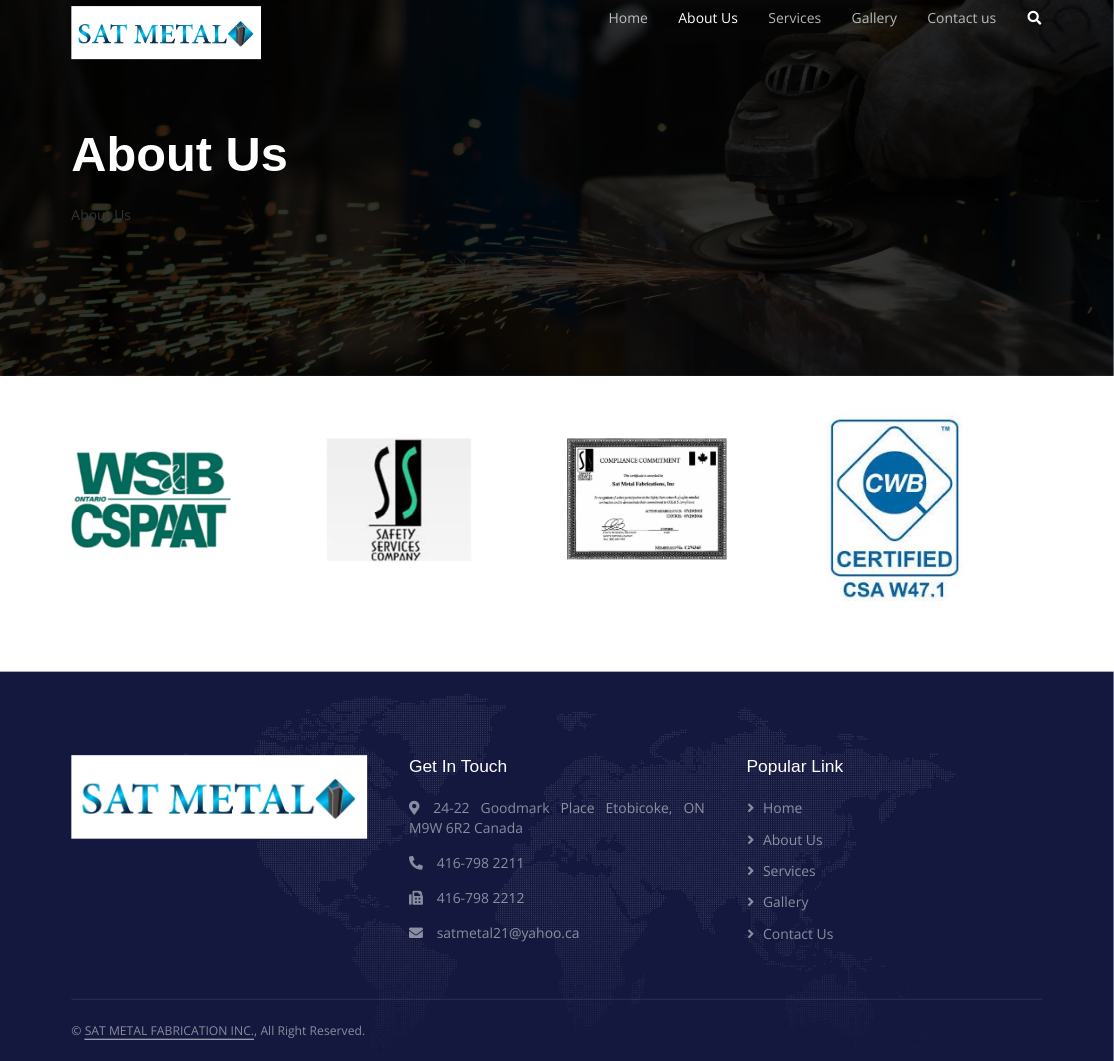
Repository: dzyte-services/satmetal
Page: http://localhost/about.php
These files come from the project's save history. The page is drawn as it stood at one moment and after a run of saves; the edit follows.
The browser window is 1280 px wide. The pictures show the whole page, at 87% of full size.
Some web fonts or font styles are not loaded; a fallback is used. Some web libraries are served in a nearby version. The page is run by PHP 8.4 with error messages shown; the project is at /var/www/html/.

Above is the page before, as saved 2023-11-09 15:15:31.

### about.php
<!DOCTYPE html>
<html lang="en">

<head>
    <meta charset="utf-8">
    <title>SAT - About</title>
    <meta content="width=device-width, initial-scale=1.0" name="viewport">
    <meta content="" name="keywords">
    <meta content="" name="description">

    <!-- Favicon -->
    <link href="img/favicon.ico" rel="icon">

    <!-- Google Web Fonts -->
    <link rel="preconnect" href="https://fonts.googleapis.com">
    <link rel="preconnect" href="https://fonts.gstatic.com" crossorigin>
    <link href="https://fonts.googleapis.com/css2?family=Open+Sans:wght@400;600&family=Ubuntu:wght@500;700&display=swap"
        rel="stylesheet">

    <!-- Icon Font Stylesheet -->
    <link href="https://cdnjs.cloudflare.com/ajax/libs/font-awesome/5.10.0/css/all.min.css" rel="stylesheet">
    <link href="https://cdn.jsdelivr.net/npm/bootstrap-icons@1.4.1/font/bootstrap-icons.css" rel="stylesheet">

    <!-- Libraries Stylesheet -->
    <link href="lib/animate/animate.min.css" rel="stylesheet">
    <link href="lib/owlcarousel/assets/owl.carousel.min.css" rel="stylesheet">

    <!-- Customized Bootstrap Stylesheet -->
    <link href="css/bootstrap.min.css" rel="stylesheet">

    <!-- Template Stylesheet -->
    <link href="css/style.css" rel="stylesheet">
</head>

<body>
    <!-- Spinner Start -->
    <!-- <div id="spinner"
        class="show bg-white position-fixed translate-middle w-100 vh-100 top-50 start-50 d-flex align-items-center justify-content-center">
        <div class="spinner-grow text-primary" style="width: 3rem; height: 3rem;" role="status">
            <span class="sr-only">Loading...</span>
        </div>
    </div> -->
    <!-- Spinner End -->


    <!-- Navbar Start -->
    <?php
        include "header.php";
    ?>
    <!-- Navbar End -->





    <!-- Full Screen Search Start -->
    <div class="modal fade" id="searchModal" tabindex="-1">
        <div class="modal-dialog modal-fullscreen">
            <div class="modal-content" style="background: rgba(20, 24, 62, 0.7);">
                <div class="modal-header border-0">
                    <button type="button" class="btn btn-square bg-white btn-close" data-bs-dismiss="modal"
                        aria-label="Close"></button>
                </div>
                <div class="modal-body d-flex align-items-center justify-content-center">
                    <div class="input-group" style="max-width: 600px;">
                        <input type="text" class="form-control bg-transparent border-light p-3"
                            placeholder="Type search keyword">
                        <button class="btn btn-light px-4"><i class="bi bi-search"></i></button>
                    </div>
                </div>
            </div>
        </div>
    </div>
    <!-- Full Screen Search End -->


    <!-- About Start -->
    <!-- Modal gallery -->
    <!-- Section: Images -->
    <div class="container-fluid py-5">
        <div class="container">
        <div class="row mt-4">
    <div class="col-lg-3 col-md-4 col-sm-6 mb-4">
        <div class="bg-image hover-overlay ripple shadow-1-strong rounded" data-ripple-color="light">
            <img src="img/img2.png" class="" style="width: 70%;" />
            <a href="#!" data-mdb-toggle="modal" data-mdb-target="#exampleModal2">
                <div class="mask" style="background-color: rgba(251, 251, 251, 0.2);"></div>
            </a>
        </div>
    </div>

    <div class="col-lg-3 col-md-4 col-sm-6 mb-4">
        <div class="bg-image hover-overlay ripple shadow-1-strong rounded" data-ripple-color="light">
            <img src="img/img3.png" class="" style="width: 70%;" />
            <a href="#!" data-mdb-toggle="modal" data-mdb-target="#exampleModal2">
                <div class="mask" style="background-color: rgba(251, 251, 251, 0.2);"></div>
            </a>
        </div>
    </div>

    <div class="col-lg-3 col-md-4 col-sm-6 mb-4">
        <div class="bg-image hover-overlay ripple shadow-1-strong rounded" data-ripple-color="light">
            <img src="img/img1.png" class="" style="width: 70%;" />
            <a href="#!" data-mdb-toggle="modal" data-mdb-target="#exampleModal2">
                <div class="mask" style="background-color: rgba(251, 251, 251, 0.2);"></div>
            </a>
        </div>
    </div>

    <div class="col-lg-3 col-md-4 col-sm-6 mb-4">
        <div class="bg-image hover-overlay ripple shadow-1-strong rounded" data-ripple-color="light">
            <img src="img/img4.jpeg" class="" style="width: 70%; margin-top: -35px;" />
            <a href="#!" data-mdb-toggle="modal" data-mdb-target="#exampleModal2">
                <div class="mask" style="background-color: rgba(251, 251, 251, 0.2);"></div>
            </a>
        </div>
    </div>
</div>


        </div>
    </div>


    <!-- Footer Start -->
    <?php
        include "footer.php";
    ?>
    <!-- Footer End -->


    <!-- Back to Top -->
    <a href="#" class="btn btn-lg btn-primary btn-lg-square back-to-top pt-2"><i class="bi bi-arrow-up"></i></a>


    <!-- JavaScript Libraries -->
    <script src="https://ajax.googleapis.com/ajax/libs/jquery/3.6.1/jquery.min.js"></script>
    <script src="https://cdn.jsdelivr.net/npm/bootstrap@5.0.0/dist/js/bootstrap.bundle.min.js"></script>
    <script src="lib/wow/wow.min.js"></script>
    <script src="lib/easing/easing.min.js"></script>
    <script src="lib/waypoints/waypoints.min.js"></script>
    <script src="lib/counterup/counterup.min.js"></script>
    <script src="lib/owlcarousel/owl.carousel.min.js"></script>

    <!-- Template Javascript -->
    <script src="js/main.js"></script>
</body>

</html>

### header.php
    <?php
        $currentPage1 = basename($_SERVER['PHP_SELF']);
    ?>
    <!-- Spinner Start -->
    <div id="spinner"
        class="show bg-white position-fixed translate-middle w-100 vh-100 top-50 start-50 d-flex align-items-center justify-content-center">
        <div class="spinner-grow text-primary" style="width: 3rem; height: 3rem;" role="status">
            <span class="sr-only">Loading...</span>
        </div>
    </div>
    <!-- Spinner End -->


    <!-- Navbar Start -->
    <div class="container-fluid sticky-top">
        <div class="container">
            <nav class="navbar navbar-expand-lg navbar-dark p-0">
                <div class="row">
                    <div class="col-lg-6">
                        <a href="index.php" class="navbar-brand">
                            <img class="img-fluid" width="40%" height="40%" src="img/logo2.jpeg" alt="">
                        </a>
                        <button type="button" class="navbar-toggler ms-auto me-0" data-bs-toggle="collapse"
                            data-bs-target="#navbarCollapse">
                            <span class="navbar-toggler-icon"></span>
                        </button>
                    </div>
                    <div class="col-lg-6 ">
                    <div class="collapse navbar-collapse" id="navbarCollapse">
                    <div class="navbar-nav ms-auto">
                        <a href="index.php" class="nav-item nav-link  <?php echo ($currentPage1 === 'index.php') ? 'active' : ''; ?>">Home</a>
                        <a href="about.php" class="nav-item nav-link <?php echo ($currentPage1 === 'about.php') ? 'active' : ''; ?>">About Us</a>
                        <a href="service.php" class="nav-item nav-link <?php echo ($currentPage1 === 'service.php') ? 'active' : ''; ?>">Services</a>
                        <a href="project.php" class="nav-item nav-link <?php echo ($currentPage1 === 'project.php') ? 'active' : ''; ?>">Gallery</a>

                        <a href="contact.php" class="nav-item nav-link <?php echo ($currentPage1 === 'contact.php') ? 'active' : ''; ?>">Contact us</a>
                    </div>
                    <butaton type="button" class="btn text-white p-0 d-none d-lg-block" data-bs-toggle="modal"
                        data-bs-target="#searchModal"><i class="fa fa-search"></i></butaton>
                </div>
                    </div>
                </div>


            </nav>
        </div>
    </div>
    <!-- Navbar End -->

    <div>
          <?php
                $currentPage = $_SERVER['SCRIPT_NAME'];
                $current_page = basename($currentPage);

                if ($current_page === "index.php") {
                    include("header/home.php");
                } elseif ($current_page === "about.php") {
                    include("header/about.php");
                } elseif ($current_page === "service.php") {
                    include("header/service.php");
                } elseif ($current_page === "project.php") {
                    include("header/gallery.php");
                } elseif ($current_page === "contact.php") {
                    include("header/contact.php");
                }



            ?>
    </div>

### header/about.php
<!-- Hero Start -->
<div class="container-fluid pt-5 bg-primary hero-header">
        <div class="container pt-5">
            <div class="row g-5 pt-5">
                <div class="col-lg-6 align-self-center text-center text-lg-start mb-lg-5">
                    <h1 class="display-4 text-white mb-4 animated slideInRight">About Us</h1>
                    <nav aria-label="breadcrumb">
                        <ol class="breadcrumb justify-content-center justify-content-lg-start mb-0">
                            <!-- <li class="breadcrumb-item"><a class="text-white" href="#">Home</a></li> -->
                            <!-- <li class="breadcrumb-item"><a class="text-white" href="#">Pages</a></li> -->
                            <li class="breadcrumb-item text-white active" aria-current="page">About Us</li>
                        </ol>
                    </nav>
                </div>
            </div>
        </div>
    </div>
    <!-- Hero End -->

### css/style.css
/********** Template CSS **********/
:root {
    --primary: #1363C6;
    --secondary: #15ACE1;
    --light: #F4F7FE;
    --dark: #14183E;
}


/*** Spinner ***/
#spinner {
    opacity: 0;
    visibility: hidden;
    transition: opacity .5s ease-out, visibility 0s linear .5s;
    z-index: 99999;
}

#spinner.show {
    transition: opacity .5s ease-out, visibility 0s linear 0s;
    visibility: visible;
    opacity: 1;
}

.back-to-top {
    position: fixed;
    display: none;
    right: 45px;
    bottom: 45px;
    z-index: 99;
}


/*** Heading ***/
h1,
h2,
h3,
.fw-bold {
    font-weight: 700 !important;
}

h4,
h5,
h6,
.fw-medium {
    font-weight: 500 !important;
}


/*** Button ***/
.btn {
    font-weight: 500;
    transition: .5s;
}

.btn-square {
    width: 38px;
    height: 38px;
}

.btn-sm-square {
    width: 32px;
    height: 32px;
}

.btn-lg-square {
    width: 48px;
    height: 48px;
}

.btn-square,
.btn-sm-square,
.btn-lg-square {
    padding: 0;
    display: flex;
    align-items: center;
    justify-content: center;
    font-weight: normal;
    border-radius: 50px;
}


/*** Navbar ***/
.sticky-top {
    top: -150px;
    transition: .5s;
}

.navbar {
    padding: 11px 0 !important;
    height: 75px;
}

.navbar .navbar-nav .nav-link {
    margin-right: 35px;
    padding: 0;
    color: rgba(255, 255, 255, .7);
    outline: none;
}

.navbar .navbar-nav .nav-link:hover,
.navbar .navbar-nav .nav-link.active {
    color: rgba(255, 255, 255, 1);
}

.navbar .dropdown-toggle::after {
    border: none;
    content: "\f107";
    font-family: "Font Awesome 5 Free";
    font-weight: 900;
    vertical-align: middle;
    margin-left: 8px;
}

@media (max-width: 991.98px) {
    .navbar .navbar-nav {
        padding: 0 15px;
        background: var(--primary);
    }

    .navbar .navbar-nav .nav-link  {
        margin-right: 0;
        padding: 10px 0;
    }
}

@media (min-width: 992px) {
    .navbar .nav-item .dropdown-menu {
        display: block;
        border: none;
        margin-top: 0;
        top: 150%;
        opacity: 0;
        visibility: hidden;
        transition: .5s;
    }

    .navbar .nav-item:hover .dropdown-menu {
        top: 100%;
        visibility: visible;
        transition: .5s;
        opacity: 1;
    }
}


/*** Hero Header ***/
.hero-header {
    margin-top: -75px;
    background: url(../img/background.webp) center center no-repeat ;
    background-size: cover;
    width: 100%;
    background-size: cover;
    position: relative;
    min-height: 60vh;
    padding: 160px 0 60px 0;

}
.hero-header::before {
    content: "";
    position: absolute;
    top: 0;
    left: 0;
    width: 100%;
    height: 100%;
    background: rgba(0, 0, 0, 0.8); /* Adjust the opacity as needed (0.5 for 50% opacity) */
}

.hero-header .breadcrumb-item+.breadcrumb-item::before {
    color: var(--light);
}


/*** Section Title ***/
.section-title::before {
    position: absolute;
    content: "";
    width: 45px;
    height: 4px;
    bottom: 0;
    left: 0;
    background: var(--dark);
}

.section-title::after {
    position: absolute;
    content: "";
    width: 4px;
    height: 4px;
    bottom: 0;
    left: 50px;
    background: var(--dark);
}

.section-title.text-center::before {
    left: 50%;
    margin-left: -25px;
}

.section-title.text-center::after {
    left: 50%;
    margin-left: 25px;
}

.section-title h6::before,
.section-title h6::after {
    position: absolute;
    content: "";
    width: 10px;
    height: 10px;
    top: 2px;
    left: 0;
    background: rgba(33, 66, 177, .5);
}

.section-title h6::after {
    top: 5px;
    left: 3px;
}


/*** About ***/
.about-img {
    position: relative;
    overflow: hidden;
}

.about-img::after {
    position: absolute;
    content: "";
    width: 100%;
    height: 100%;
    top: 0;
    left: 0;
    background: url(../img/bg-about-img.png) top left no-repeat;
    background-size: contain;
}


/*** Service ***/
.service-item {
    position: relative;
    padding: 45px 30px;
    background: #FFFFFF;
    transition: .5s;
}

.service-item:hover {
    background: var(--primary);
}

.service-item .service-icon {
    margin: 0 auto 20px auto;
    width: 90px;
    height: 90px;
    color: var(--primary);
    background: var(--light);
    transition: .5s;
}

.service-item:hover .service-icon {
    background: #FFFFFF;
}

.service-item h5,
.service-item p {
    transition: .5s;
}

.service-item:hover h5,
.service-item:hover p {
    color: #FFFFFF;
}

.service-item a.btn {
    position: relative;
    display: flex;
    color: var(--primary);
    transition: .5s;
    z-index: 1;
}

.service-item:hover a.btn {
    color: var(--primary);
}

.service-item a.btn::before {
    position: absolute;
    content: "";
    width: 35px;
    height: 35px;
    top: 0;
    left: 0;
    border-radius: 35px;
    background: var(--light);
    transition: .5s;
    z-index: -1;
}

.service-item:hover a.btn::before {
    width: 100%;
    background: var(--light);
}


/*** Feature ***/
.feature {
    background: url(../img/bg-hero.png) center center no-repeat;
    background-size: cover;
}


/*** Newsletter ***/
.newsletter {
    background: url(../img/bg-hero.png) center center no-repeat;
    background-size: cover;
}

@media (min-width: 992px) {
    .newsletter .container {
        max-width: 100% !important;
    }

    .newsletter .newsletter-text  {
        padding-right: calc(((100% - 960px) / 2) + .75rem);
    }
}

@media (min-width: 1200px) {
    .newsletter .newsletter-text  {
        padding-right: calc(((100% - 1140px) / 2) + .75rem);
    }
}

@media (min-width: 1400px) {
    .newsletter .newsletter-text  {
        padding-right: calc(((100% - 1320px) / 2) + .75rem);
    }
}


/*** Case Study ***/
.case-item img {
    transition: .5s;
}

.case-item:hover img {
    transform: scale(1.2);
}

.case-overlay {
    position: absolute;
    padding: 30px;
    width: 100%;
    height: 100%;
    top: 0;
    left: 0;
    display: flex;
    flex-direction: column;
    align-items: flex-start;
    justify-content: flex-end;
    background: linear-gradient(rgba(20, 24, 62, 0), var(--dark));
    z-index: 1;
}

.case-overlay small {
    display: inline-block;
    padding: 3px 15px;
    color: #FFFFFF;
    background: rgba(20, 24, 62, .7);
    border-radius: 25px;
    margin-bottom: 15px;
}

.case-overlay span.btn:hover {
    color: var(--primary);
    background: #FFFFFF;
    border-color: #FFFFFF;
}


/*** FAQs ***/
.accordion .accordion-item {
    border: none;
    margin-bottom: 15px;
}

.accordion .accordion-button {
    background: var(--light);
    border-radius: 2px;
}

.accordion .accordion-button:not(.collapsed) {
    color: #FFFFFF;
    background: var(--primary);
    box-shadow: none;
}

.accordion .accordion-button:not(.collapsed)::after {
    background-image: url("data:[embedded picture, 261 characters]");
}

.accordion .accordion-body {
    padding: 15px 0 0 0;
}


/*** Testimonial ***/
.testimonial-carousel {
    position: relative;
}

.testimonial-carousel .owl-nav {
    position: absolute;
    width: 40px;
    height: 100%;
    top: calc(50% - 50px);
    left: -21px;
    display: flex;
    flex-direction: column;
    align-items: center;
}

.testimonial-carousel .owl-nav .owl-prev,
.testimonial-carousel .owl-nav .owl-next {
    margin: 5px 0;
    width: 40px;
    height: 40px;
    display: flex;
    align-items: center;
    justify-content: center;
    color: var(--primary);
    background: #FFFFFF;
    border: 1px solid var(--primary);
    border-radius: 40px;
    font-size: 18px;
    transition: .5s;
}

.testimonial-carousel .owl-nav .owl-prev:hover,
.testimonial-carousel .owl-nav .owl-next:hover {
    background: var(--primary);
    color: #FFFFFF;
}

.testimonial-carousel .owl-dots {
    margin-top: 35px;
    margin-left: 3rem;
}

.testimonial-carousel .owl-dot {
    position: relative;
    display: inline-block;
    margin-right: 10px;
    width: 15px;
    height: 15px;
    background: #FFFFFF;
    border: 1px solid var(--primary);
    border-radius: 15px;
    transition: .5s;
}

.testimonial-carousel .owl-dot.active {
    width: 30px;
    background: var(--primary);
}


/*** Team ***/
.team-item {
    transition: .5s;
    border: 1px solid transparent;
    transition: .5s;
}

.team-item:hover {

    border-color: var(--primary);
}


/*** Footer ***/
.footer {
    background: url(../img/footer.png) center center no-repeat;
    background-size: contain;
}

.footer .btn.btn-social {
    margin-right: 5px;
    width: 40px;
    height: 40px;
    display: flex;
    align-items: center;
    justify-content: center;
    color: rgba(255,255,255,.5);
    border: 1px solid rgba(256, 256, 256, .1);
    border-radius: 40px;
    transition: .3s;
}

.footer .btn.btn-social:hover {
    color: var(--primary);
}

.footer .btn.btn-link {
    display: block;
    margin-bottom: 10px;
    padding: 0;
    text-align: left;
    color: rgba(255,255,255,.5);
    font-weight: normal;
    transition: .3s;
}

.footer .btn.btn-link:hover {
    color: #FFFFFF;
}

.footer .btn.btn-link::before {
    position: relative;
    content: "\f105";
    font-family: "Font Awesome 5 Free";
    font-weight: 900;
    margin-right: 10px;
}

.footer .btn.btn-link:hover {
    letter-spacing: 1px;
    box-shadow: none;
}

.footer .copyright {
    padding: 25px 0;
    font-size: 14px;
    border-top: 1px solid rgba(256, 256, 256, .1);
}

.footer .copyright a {
    color: rgba(255,255,255,.5);
}

.footer .copyright a:hover {
    color: #FFFFFF;
}

.footer .footer-menu a {
    margin-right: 15px;
    padding-right: 15px;
    border-right: 1px solid rgba(255, 255, 255, .1);
}

.footer .footer-menu a:last-child {
    margin-right: 0;
    padding-right: 0;
    border-right: none;
}

Loaded but not shown: lib/animate/animate.min.css (library); lib/owlcarousel/assets/owl.carousel.min.css (common file); css/bootstrap.min.css (library); lib/wow/wow.min.js (library); lib/easing/easing.min.js (common file); lib/waypoints/waypoints.min.js (library); lib/counterup/counterup.min.js (common file); lib/owlcarousel/owl.carousel.min.js (library); js/main.js (64 lines, source omitted); footer.php (70 lines, source omitted)

After the next 2 saves:
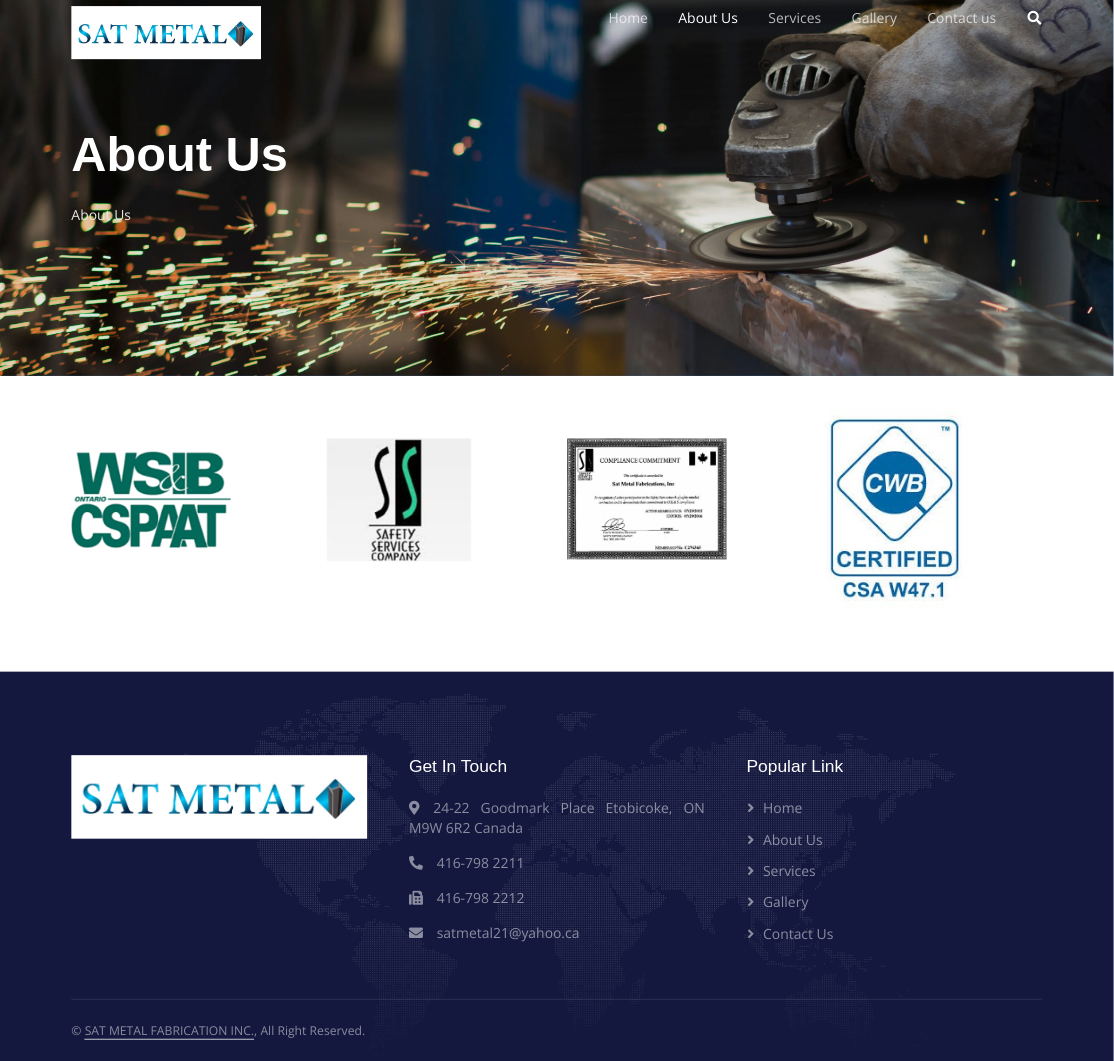
The 2 saves are shown as one change because they came seconds apart.
The last was saved 15 s later.
--- a/css/style.css
+++ b/css/style.css
@@ -162,7 +162,7 @@
     left: 0;
     width: 100%;
     height: 100%;
-    background: rgba(0, 0, 0, 0.8); /* Adjust the opacity as needed (0.5 for 50% opacity) */
+    background: rgba(0, 0, 0, 0.10); /* Adjust the opacity as needed (0.5 for 50% opacity) */
 }
 
 .hero-header .breadcrumb-item+.breadcrumb-item::before {
